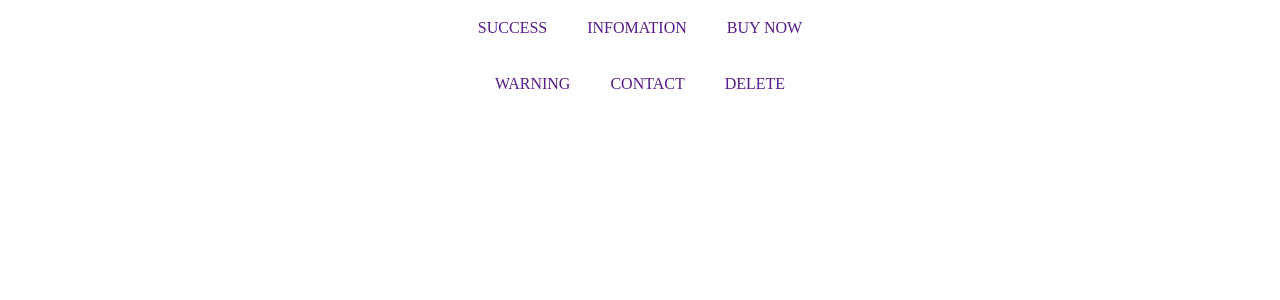
Repository: ThanhPhongsof/Css-Course
Page: index.html
These files come from the project's save history. The page is drawn as it stood at one moment and after the next save; the edit follows.
The browser window is 1280 px wide. The pictures show the whole page.

Above is the page before, as saved 2022-05-16 08:04:45.

### index.html
<!DOCTYPE html>
<html lang="en">
  <head>
    <meta charset="UTF-8" />
    <meta http-equiv="X-UA-Compatible" content="IE=edge" />
    <meta name="viewport" content="width=device-width, initial-scale=1.0" />
    <title>Document</title>
    <link rel="stylesheet" href="./reset.css" />
    <link rel="stylesheet" href="./styles.css" />
  </head>
  <body>
    <div class="group-button">
      <a href="" class="button button--green">success</a>
      <a href="" class="button button--blue">infomation</a>
      <a href="" class="button button--purple">buy now</a>
    </div>
    <div class="group-button">
      <a href="" class="button button--orange">warning</a>
      <a href="" class="button button--red">contact</a>
      <a href="" class="button button--pink">delete</a>
    </div>
  </body>
</html>

### styles.css
.group-button {
  display: flex;
  align-items: center;
  justify-content: center;
}

.button {
  text-decoration: none;
  text-transform: uppercase;
  margin: 20px;
}

.button--green {
}

Loaded but not shown: reset.css (common file)

After the next save:
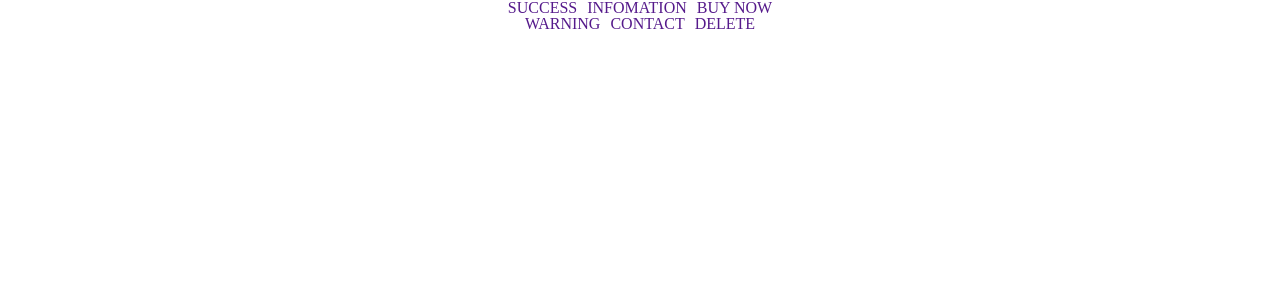
Saved 12 s later.
--- a/styles.css
+++ b/styles.css
@@ -2,12 +2,12 @@
   display: flex;
   align-items: center;
   justify-content: center;
+  gap: 20px 10px;
 }
 
 .button {
   text-decoration: none;
   text-transform: uppercase;
-  margin: 20px;
 }
 
 .button--green {
